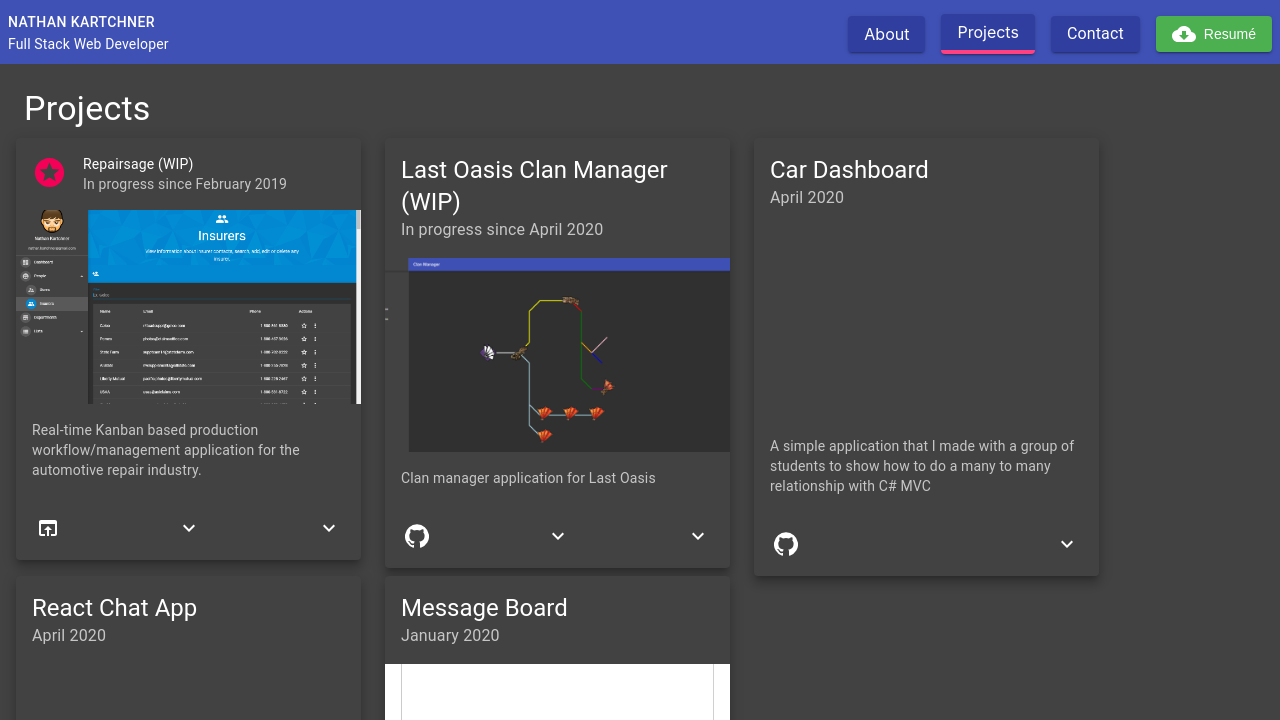
Repository: nkartchner/portfolio
Page: /projects
An editor plug-in stored every save of this project. The page is shown before and after the next save, followed by the edit.
The browser window is 1280 px wide. The pictures show the whole page.
An inner scrolling area shows only its first screen. The project was rebuilt for these pictures with package versions that can differ from the ones it lists, and the page was loaded fresh each time. Also part of the build but not shown: src/Home/Landing.tsx, src/Core/Tooltip.tsx, src/About/AboutMe.tsx, src/Contact/Contact.tsx, src/Contact/ContactMenu.tsx, src/Navigation/Menus/MobileNavMenu.tsx. Imported but missing from the stored project, and not drawn on this page: src/Home/media/dyno.mp4, src/Home/media/dyno_converted.webm.

Above is the page before, as saved 2020-07-04 14:01:07.

### src/index.tsx
import React from "react";
import ReactDOM from "react-dom";
import "./index.css";
import App from "./App";
import * as serviceWorker from "./serviceWorker";

document.title = "Nathan Kartchner";

ReactDOM.render(
    <React.StrictMode>
        <App />
    </React.StrictMode>,
    document.getElementById("root")
);

// If you want your app to work offline and load faster, you can change
// unregister() to register() below. Note this comes with some pitfalls.
// Learn more about service workers: https://bit.ly/CRA-PWA
serviceWorker.unregister();

### src/index.css
html,
body {
    margin: 0;
    padding: 0;
}
body {
    margin: 0;
    font-family: -apple-system, BlinkMacSystemFont, "Segoe UI", "Roboto",
        "Oxygen", "Ubuntu", "Cantarell", "Fira Sans", "Droid Sans",
        "Helvetica Neue", sans-serif;
    -webkit-font-smoothing: antialiased;
    -moz-osx-font-smoothing: grayscale;
    box-sizing: border-box;
}

code {
    font-family: source-code-pro, Menlo, Monaco, Consolas, "Courier New",
        monospace;
}

#root {
    position: absolute;
    top: 0;
    bottom: 0;
    left: 0;
    right: 0;
}

### src/App.tsx
import React from "react";
import "./App.css";
import { BrowserRouter } from "react-router-dom";
import MainRouter from "./Navigation/MainRouter";
import { theme } from "./Theme/Theme";
import { ThemeProvider } from "@material-ui/core";

function App() {
  return (
    <BrowserRouter>
      <ThemeProvider theme={theme}>
        <MainRouter />
      </ThemeProvider>
    </BrowserRouter>
  );
}

export default App;

### src/Navigation/MainRouter.tsx
import React from "react";
import { Switch, Route } from "react-router-dom";
import Landing from "../Home/Landing";
import Routes from "./Routes";
import { makeStyles, createStyles, Theme } from "@material-ui/core/styles";
import TopBar from "./TopBar";
const useStyles = makeStyles((theme: Theme) =>
  createStyles({
    container: {
      color: theme.palette.text.primary,
      display: "grid",
      height: "100%",
      gridTemplateRows: "64px calc(100% - 64px)",
      gridTemplateColumns: "100%",
      background: theme.palette.background.paper,
      position: "relative",
    },
    landingContainer: {
      maxHeight: "100%",
      minHeight: "100%",
      maxWidth: "100%",
      minWidth: "100%",
    },
    mainContent: {
      gridRow: 2,
      position: "absolute",
      top: 0,
      left: 0,
      right: 0,
      bottom: 0,
    },
  })
);
const MainRouter = () => {
  const classes = useStyles();
  return (
    <React.Fragment>
      <Switch>
        <Route exact path="/">
          <div className={classes.landingContainer}>
            <Landing />
          </div>
        </Route>

        <Route path="*">
          <div className={classes.container}>
            <TopBar />
            <div className={classes.mainContent}>
              <Switch>
                {Object.values(Routes).map(({ Component, path }, i) => (
                  <Route key={i} path={path} component={Component} exact />
                ))}
              </Switch>
            </div>
          </div>
        </Route>
      </Switch>
    </React.Fragment>
  );
};

export default MainRouter;

### src/Theme/Theme.ts
import { createMuiTheme } from "@material-ui/core";

export const theme = createMuiTheme({
    palette: {
        type: "dark"
    }
})

### src/Navigation/Routes.ts
import About from "../About/AboutMe";
import Contact from "../Contact/Contact";
import Projects from "../Projects/Projects";

export interface RouteProps {
  title: string;
}
export interface IRoute {
  Component: React.FC<any>;
  path: string;
  title: string;
}

interface IRoutes {
  [key: string]: IRoute;
}

const Routes: IRoutes = {
  About: {
    Component: About,
    path: `/about`,
    title: "About Me",
  },
  Contact: {
    Component: Contact,
    path: `/contact`,
    title: "Contact Info",
  },
  Projects: {
    Component: Projects,
    path: `/projects`,
    title: "Projects",
  },
};

export default Routes;

### src/Projects/Projects.tsx
import React from "react";
import { makeStyles, Theme, createStyles } from "@material-ui/core/styles";
import Typography from "@material-ui/core/Typography";
import * as thumbs from "./screenshots";
import Project, { IProps } from "./Project";
import TechIcons, { TechIcon } from "../About/technologies";

const useStyles = makeStyles((theme: Theme) =>
  createStyles({
    root: {
      padding: theme.spacing(2),
      display: "flex",
      flexDirection: "column",
      position: "absolute",
      top: 0,
      bottom: 0,
      left: 0,
      right: 0,
      overflow: "auto",
    },
    container: {
      flexGrow: 1,
      display: "flex",
      flexFlow: "row wrap",
      "& > *": {
        marginRight: theme.spacing(3),
      },
    },
    title: {
      margin: theme.spacing(1),
    },
    project: {
      maxWidth: 345,
      height: "max-content",
    },
    scnshot: {
      height: 140,
    },
  })
);

interface Project {
  uri: string;
  screenshot: string;
  description: string;
  technologies: string[];
}
const MyProjects: IProps[] = [
  {
    title: "Repairsage (WIP)",
    shortDesc: `Real-time Kanban based production workflow/management application for the automotive repair industry.`,
    longDesc: (
      <Typography variant="body1" component="p">
        We currently have an instance of Repairsage launched that we use as a
        demo. Repairsage SocketIO is used to accomplish real-time updates for
        every board while using rooms to keep each board separate. One of the
        most important features of Repairsage is the ability to assign a
        technician to a column and an efficiency rating that will visually show,
        based on a 40 hour their column the appropriate color. work week, the
        technicians workload by changing the numbers in
      </Typography>
    ),
    inProgress: true,
    highlight: true,
    startDate: new Date(Date.parse("02/01/2019")),
    technologies: [
      TechIcons.Angular10,
      TechIcons.Ngrx,
      TechIcons.Express,
      TechIcons.Mongo,
      TechIcons.Scss,
      TechIcons.SocketIO,
      TechIcons.Typescript,
    ],
    links: {
      website: "https://314solutions.info",
    },
    screenshots: thumbs.rprsageThumbs,
  },
  {
    title: "Last Oasis Clan Manager (WIP)",
    shortDesc: `Clan manager application for Last Oasis`,
    longDesc: (
      <Typography variant="body1" component="p">
        I wanted to build a project using React + Redux and C# as the back end.
        I ended up choosing a Clan manager application for a recently released
        game that I really enjoyed, Last Oasis. It quickly grew into something
        more than just a clan manager as wanted add a feature that recreated the
        in-game tech tree. I decided to use HTML5 canvas and add tooltips.
      </Typography>
    ),
    startDate: new Date(Date.parse("04/05/2020")),
    technologies: [
      TechIcons.React,
      TechIcons.Redux,
      TechIcons.CSharp,
      TechIcons.MySql,
      TechIcons.Scss,
      TechIcons.Js,
    ],
    highlight: false,
    inProgress: true,
    links: {
      github: "https://github.com/nkartchner/LastOasis_ClanManager",
    },
    screenshots: thumbs.clanManagerThumbs,
  },
  {
    title: "Car Dashboard",
    shortDesc: `A simple application that I made with a group of students to show how to do a many to many relationship with C# MVC`,
    startDate: new Date(Date.parse("04/05/2020")),
    technologies: [],
    highlight: false,
    inProgress: false,
    links: {
      github: "https://github.com/nkartchner/CarsDashboard",
    },
    screenshots: [],
  },
  {
    title: "React Chat App",
    shortDesc: `An application that I made while learning how to integrate SocketIO with React.`,
    startDate: new Date(Date.parse("04/05/2020")),
    technologies: [],
    highlight: false,
    inProgress: false,
    links: {
      github: "https://github.com/nkartchner/ReactChat",
    },
    screenshots: [],
  },
  {
    title: "Message Board",
    shortDesc: `Simple Message Board`,
    longDesc: (
      <Typography variant="body1" component="p">
        One of my very first applications I made as I went through the
        Javascript stack
      </Typography>
    ),
    inProgress: false,
    highlight: false,
    startDate: new Date(Date.parse("01/01/2020")),
    technologies: [],
    links: {
      github: "https://github.com/nkartchner/MessageBoard",
    },
    screenshots: thumbs.messageBoardThumbs,
  },
];
const Projects: React.FC = () => {
  const classes = useStyles();

  React.useEffect(() => {
    document.title = "Nathan's Projects";
  });

  return (
    <div className={classes.root}>
      <Typography className={classes.title} variant="h4">
        Projects
      </Typography>
      <div className={classes.container}>
        {MyProjects.map((p, key) => (
          <Project key={key} {...p} />
        ))}
      </div>
    </div>
  );
};

export default Projects;

### src/About/technologies/index.ts
import Angular10 from "./angular_solidBlack.png";
import Ngrx from "./ngrx.svg";
import Aws from "./aws.svg";
import CSharp from "./csharp.svg";
import Css from "./css.svg";
import Django from "./django.svg";
import Expo from "./expo.svg";
import Express from "./express.png";
import Git from "./git.svg";
import Html from "./html.svg";
import Js from "./js.svg";
import MERN from "./MERN.png";
import Mongo from "./mongo.png";
import MySql from "./mysql.svg";
import Nginx from "./nginx.svg";
import Python from "./python.svg";
import Razor from "./razor.svg";
import React from "./react_logo.png";
import Scss from "./scss.svg";
import Redux from "./redux.svg";
import SocketIO from "./socketIO.png";
import Typescript from "./typescript.svg";

export interface TechIcon {
  alt: string;
  src: string;
}

export default {
  Html: { alt: "Html", src: Html },
  Css: { alt: "Css", src: Css },
  Scss: { alt: "Scss", src: Scss },
  Js: { alt: "Js", src: Js },
  Typescript: { alt: "Typescript", src: Typescript },
  Angular10: { alt: "Angular10", src: Angular10 },
  Ngrx: { alt: "Ngrx", src: Ngrx },
  Express: { alt: "Express", src: Express },
  Mongo: { alt: "Mongo", src: Mongo },
  SocketIO: { alt: "SocketIO", src: SocketIO },
  MERN: { alt: "MERN", src: MERN },
  React: { alt: "React", src: React },
  Redux: { alt: "Redux", src: Redux },
  Expo: { alt: "Expo", src: Expo },
  Python: { alt: "Python", src: Python },
  Django: { alt: "Django", src: Django },
  CSharp: { alt: "CSharp", src: CSharp },
  Razor: { alt: "Razor", src: Razor },
  MySql: { alt: "MySql", src: MySql },
  Nginx: { alt: "Nginx", src: Nginx },
  Git: { alt: "Git", src: Git },
  Aws: { alt: "Aws", src: Aws },
};

### src/Projects/screenshots/index.ts
import CM1 from "./clan_manager/clan_manager_canvas_screenshot.png";
import CM2 from "./clan_manager/clan_manager_clanmembers_screenshot.png";
import CM3 from "./clan_manager/clan_manager_clanrequest_screenshot.png";

import R1 from "./rprsage/admin_dashboard_screenshot.png";
import R2 from "./rprsage/dragging_card_screenshot.png";
import R3 from "./rprsage/rprsage_boards_screenshot.png";
import R4 from "./rprsage/rprsage_login_screenshot.png";

import MB1 from "./message_board/message_board.png";

export const clanManagerThumbs = [CM1, CM2, CM3];
export const rprsageThumbs = [R1, R2, R3, R4];
export const messageBoardThumbs = [MB1];

### src/Projects/Project.tsx
import React from "react";
import { makeStyles, Theme, createStyles } from "@material-ui/core/styles";
import clsx from "clsx";
import Card from "@material-ui/core/Card";
import CardHeader from "@material-ui/core/CardHeader";
import CardMedia from "@material-ui/core/CardMedia";
import CardContent from "@material-ui/core/CardContent";
import CardActions from "@material-ui/core/CardActions";
import Collapse from "@material-ui/core/Collapse";
import IconButton from "@material-ui/core/IconButton";
import GitHub from "@material-ui/icons/GitHub";
import Typography from "@material-ui/core/Typography";
import Tooltip from "@material-ui/core/Tooltip";
import { red } from "@material-ui/core/colors";
import ExpandMoreIcon from "@material-ui/icons/ExpandMore";
import OpenInBrowser from "@material-ui/icons/OpenInBrowser";
import StarsIcon from "@material-ui/icons/Stars";
import { TechIcon } from "../About/technologies";
const useStyles = makeStyles((theme: Theme) =>
    createStyles({
        root: {
            width: 345,
            height: "max-content",
        },
        media: {
            height: 0,
            paddingTop: "56.25%", // 16:9
            transition: "background-image 100ms ease-in-out",
        },
        expand: {
            transform: "rotate(0deg)",
            marginLeft: "auto",
            transition: theme.transitions.create("transform", {
                duration: theme.transitions.duration.shortest,
            }),
        },
        expandOpen: {
            transform: "rotate(180deg)",
        },
        avatar: {
            backgroundColor: red[500],
        },
    })
);
const MONTHS = [
    "January",
    "February",
    "March",
    "April",
    "May",
    "June",
    "July",
    "August",
    "September",
    "October",
    "November",
    "December",
];
export interface IProps {
    screenshots: string[];
    title: string;
    startDate: Date;
    shortDesc: string;
    highlight: boolean;
    inProgress: boolean;
    longDesc?: JSX.Element;
    links: {
        github?: string;
        website?: string;
    };
    technologies?: TechIcon[];
}

const Project: React.FC<IProps> = (props) => {
    const classes = useStyles();
    const [expanded, setExpanded] = React.useState<boolean>(false);
    const [expandedTech, setExpandedTech] = React.useState<boolean>(false);
    const [isHovering, setIsHovering] = React.useState<boolean>(false);
    const handleExpandClick = () => {
        setExpanded(!expanded);
    };
    const handleExpandTech = () => {
        setExpandedTech(!expandedTech);
    };
    const [rotation, setRotation] = React.useState<number>(0);

    React.useEffect(() => {
        if (isHovering) {
            const timer = setInterval(
                () =>
                    setRotation((i) => {
                        if (i === props.screenshots.length - 1) {
                            return 0;
                        } else {
                            return i + 1;
                        }
                    }),
                1000
            );
            return () => clearInterval(timer);
        }
    }, [props.screenshots, isHovering]);

    return (
        <Card className={classes.root} elevation={8}>
            {props.highlight ? (
                <CardHeader
                    avatar={<StarsIcon color="secondary" fontSize="large" />}
                    title={props.title}
                    subheader={`${
                        props.inProgress ? "In progress since " : ""
                    }${
                        MONTHS[props.startDate.getMonth()]
                    } ${props.startDate.getFullYear()}`}
                />
            ) : (
                <CardHeader
                    title={props.title}
                    subheader={`${
                        props.inProgress ? "In progress since " : ""
                    }${
                        MONTHS[props.startDate.getMonth()]
                    } ${props.startDate.getFullYear()}`}
                />
            )}
            <CardMedia
                onMouseEnter={() => setIsHovering(true)}
                onMouseLeave={() => setIsHovering(false)}
                className={classes.media}
                image={props.screenshots[rotation]}
                title={props.title}
            />
            <CardContent>
                <Typography variant="body2" color="textSecondary" component="p">
                    {props.shortDesc}
                </Typography>
            </CardContent>
            <CardActions disableSpacing>
                {props.links.github && (
                    <IconButton href={props.links.github}>
                        <GitHub />
                    </IconButton>
                )}
                {props.links.website && (
                    <IconButton href={props.links.website}>
                        <OpenInBrowser />
                    </IconButton>
                )}

                {props.longDesc && (
                    <Tooltip title="description">
                        <IconButton
                            className={clsx(classes.expand, {
                                [classes.expandOpen]: expanded,
                            })}
                            onClick={handleExpandClick}
                            aria-expanded={expanded}
                            aria-label="show more"
                        >
                            <ExpandMoreIcon />
                        </IconButton>
                    </Tooltip>
                )}
                <Tooltip title="Technologies">
                    <IconButton
                        className={clsx(classes.expand, {
                            [classes.expandOpen]: expandedTech,
                        })}
                        onClick={handleExpandTech}
                        aria-expanded={expandedTech}
                        aria-label="show more"
                    >
                        <ExpandMoreIcon />
                    </IconButton>
                </Tooltip>
            </CardActions>
            {props.technologies && (
                <Collapse in={expandedTech} timeout="auto" unmountOnExit>
                    <CardContent></CardContent>
                </Collapse>
            )}
            {props.longDesc && (
                <Collapse in={expanded} timeout="auto" unmountOnExit>
                    <CardContent>
                        <Typography paragraph>{props.longDesc}</Typography>
                    </CardContent>
                </Collapse>
            )}
        </Card>
    );
};
export default Project;

Loaded but not shown: public/index.html (common file); src/serviceWorker.ts (common file); src/Navigation/TopBar.tsx (256 lines, source omitted); src/App.css (no stored copy; drawn as an empty file)

After the next save:
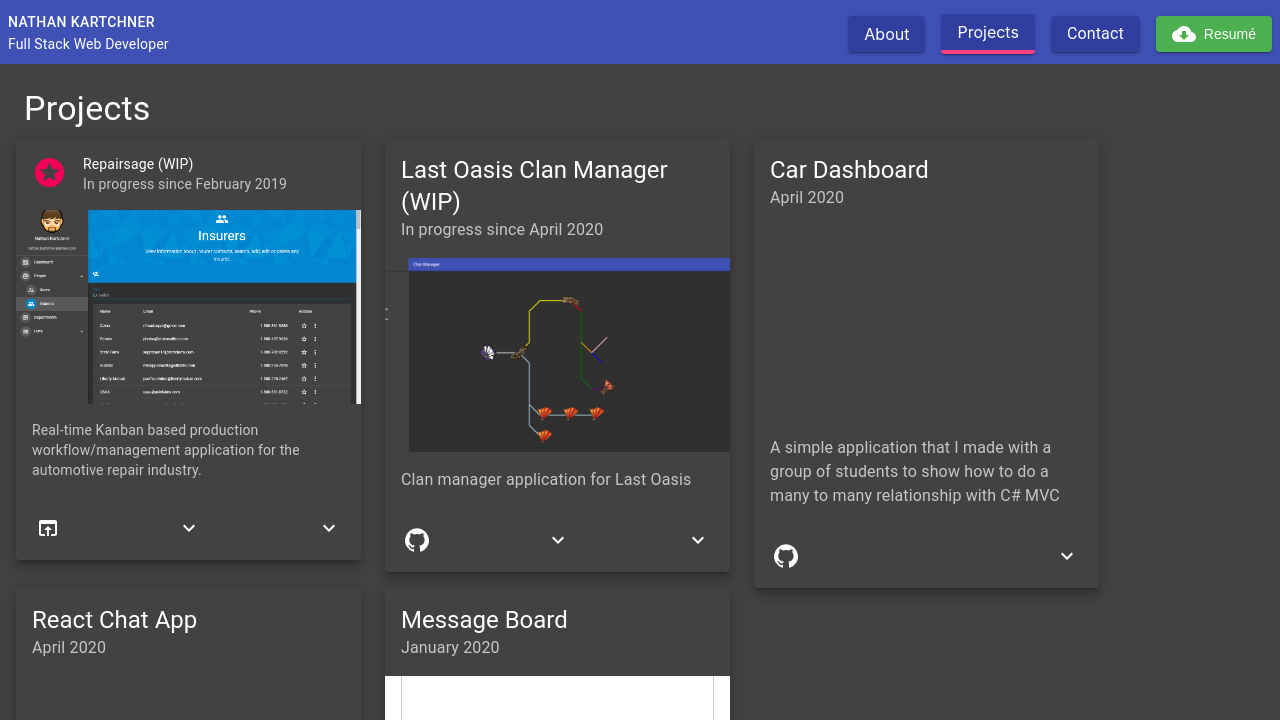
Saved 80 s later.
--- a/src/Projects/Projects.tsx
+++ b/src/Projects/Projects.tsx
@@ -79,7 +79,11 @@
   },
   {
     title: "Last Oasis Clan Manager (WIP)",
-    shortDesc: `Clan manager application for Last Oasis`,
+    shortDesc: (
+      <Typography variant="body1">
+        Clan manager application for Last Oasis
+      </Typography>
+    ),
     longDesc: (
       <Typography variant="body1" component="p">
         I wanted to build a project using React + Redux and C# as the back end.
@@ -107,7 +111,12 @@
   },
   {
     title: "Car Dashboard",
-    shortDesc: `A simple application that I made with a group of students to show how to do a many to many relationship with C# MVC`,
+    shortDesc: (
+      <Typography variant="body1">
+        A simple application that I made with a group of students to show how to
+        do a many to many relationship with C# MVC
+      </Typography>
+    ),
     startDate: new Date(Date.parse("04/05/2020")),
     technologies: [],
     highlight: false,
@@ -119,7 +128,12 @@
   },
   {
     title: "React Chat App",
-    shortDesc: `An application that I made while learning how to integrate SocketIO with React.`,
+    shortDesc: (
+      <Typography variant="body1">
+        An application that I made while learning how to integrate SocketIO with
+        React.
+      </Typography>
+    ),
     startDate: new Date(Date.parse("04/05/2020")),
     technologies: [],
     highlight: false,
@@ -131,7 +145,7 @@
   },
   {
     title: "Message Board",
-    shortDesc: `Simple Message Board`,
+    shortDesc: <Typography variant="body1">Simple Message Board</Typography>,
     longDesc: (
       <Typography variant="body1" component="p">
         One of my very first applications I made as I went through the
